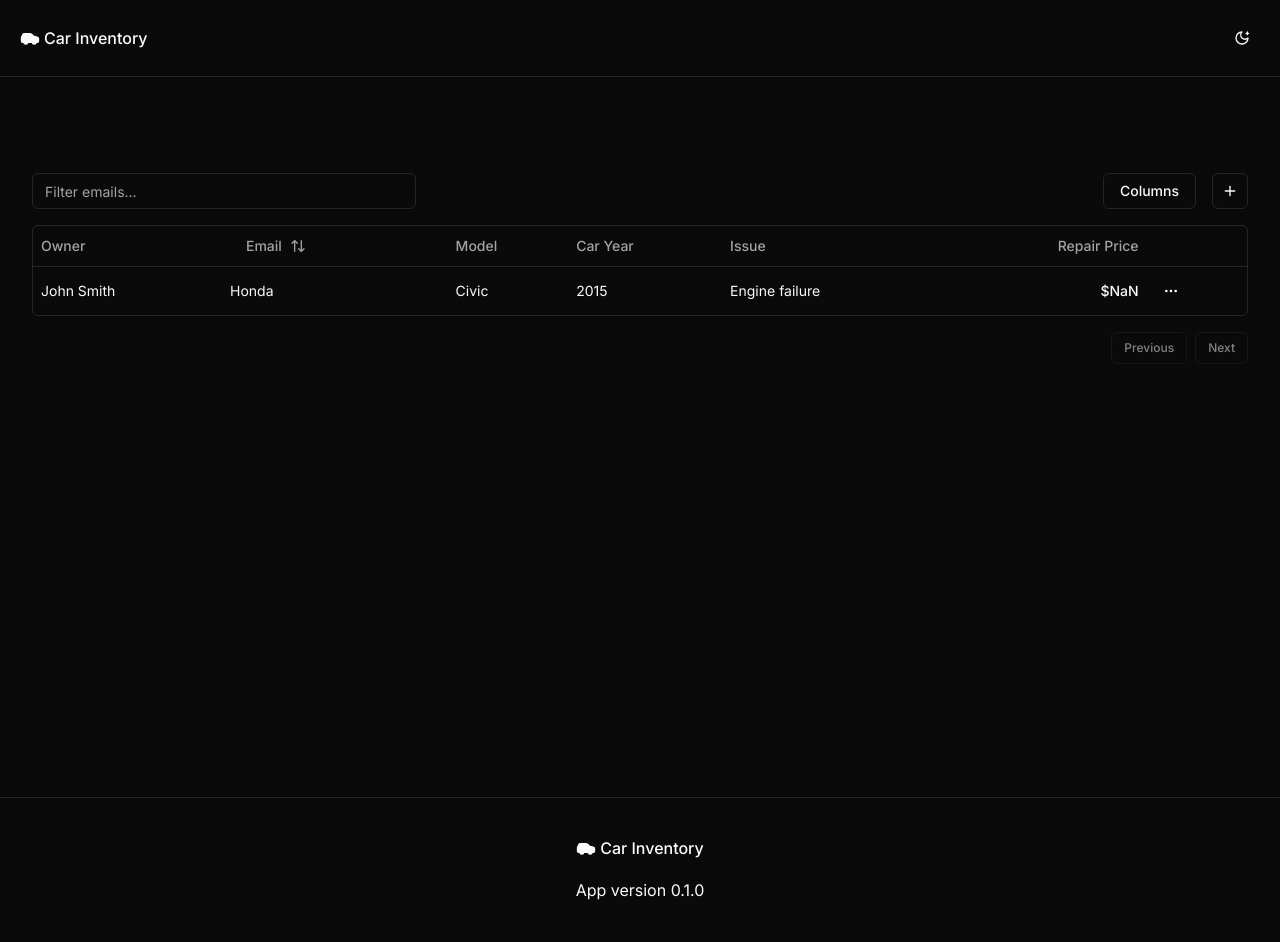
Repository: tushcmd/car-inventory
Page: / (app in frontend/)
An editor plug-in stored every save of this project. The page is shown before and after the next save, followed by the edit.
The browser window is 1280 px wide. The pictures show the whole page.
The project was rebuilt for these pictures with package versions that can differ from the ones it lists, and the page was loaded fresh each time. The framework's server and built-in components were replaced by stand-ins that run in the browser. Also part of the build but not shown: frontend/next.config.mjs.

Above is the page before, as saved 2024-05-12 08:34:52.

After the next save:
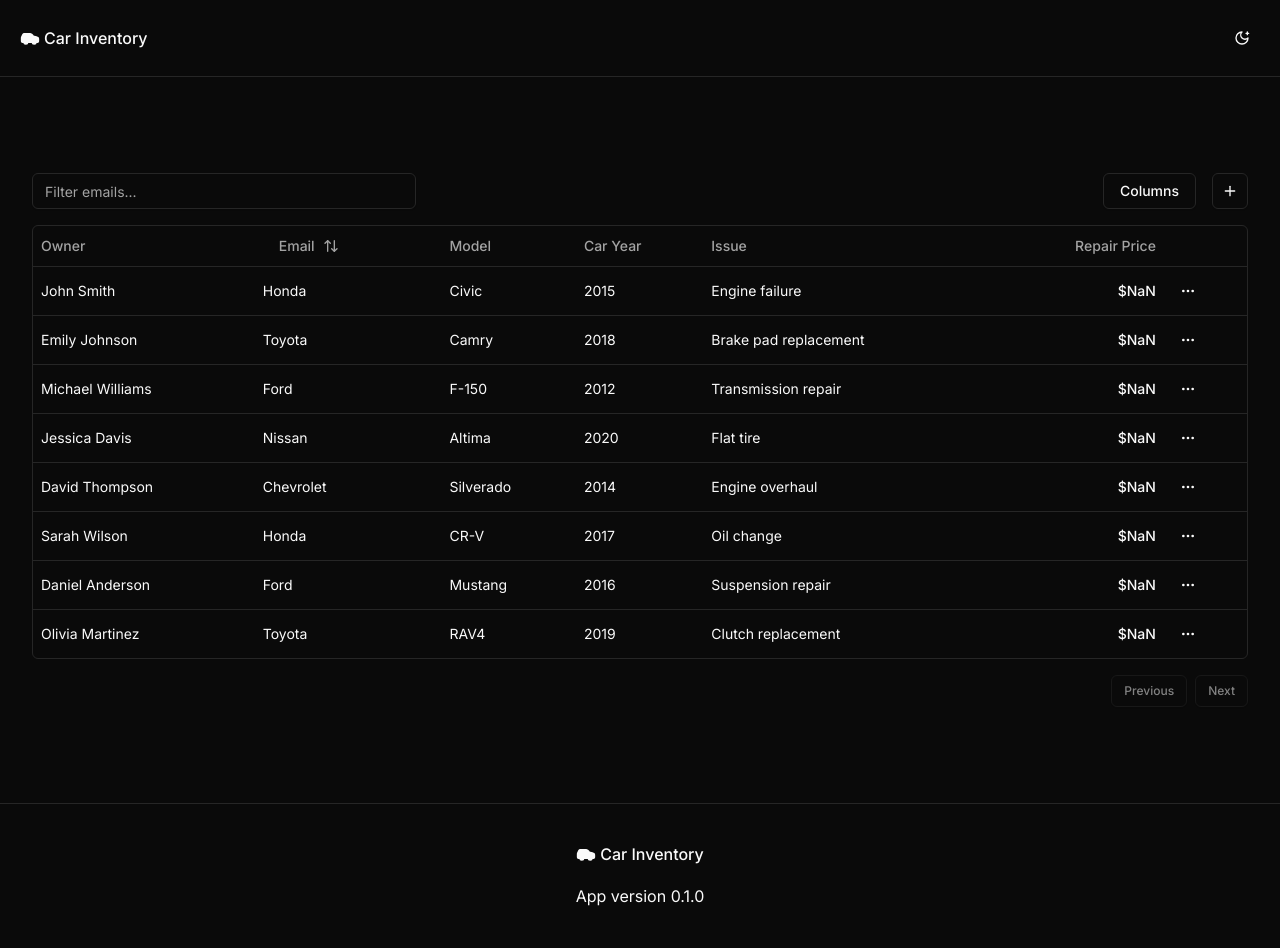
Saved 28 s later.
--- a/frontend/app/page.tsx
+++ b/frontend/app/page.tsx
@@ -12,7 +12,28 @@ async function getData(): Promise<Car[]> {
       carYear: 2015,
       issue: 'Engine failure',
       repairPrice: 1200,
-    }
+    },
+    {
+      ownerName: 'Emily Johnson',
+      make: 'Toyota',
+      model: 'Camry',
+      carYear: 2018,
+      issue: 'Brake pad replacement',
+      repairPrice: 450
+    },
+    {
+      ownerName: 'Michael Williams',
+      make: 'Ford',
+      model: 'F-150',
+      carYear: 2012,
+      issue: 'Transmission repair',
+      repairPrice: 800
+    },
+    { ownerName: 'Jessica Davis', make: 'Nissan', model: 'Altima', carYear: 2020, issue: 'Flat tire', repairPrice: 300 },
+    { ownerName: 'David Thompson', make: 'Chevrolet', model: 'Silverado', carYear: 2014, issue: 'Engine overhaul', repairPrice: 1500 },
+    { ownerName: 'Sarah Wilson', make: 'Honda', model: 'CR-V', carYear: 2017, issue: 'Oil change', repairPrice: 200 },
+    { ownerName: 'Daniel Anderson', make: 'Ford', model: 'Mustang', carYear: 2016, issue: 'Suspension repair', repairPrice: 950 },
+    { ownerName: 'Olivia Martinez', make: 'Toyota', model: 'RAV4', carYear: 2019, issue: 'Clutch replacement', repairPrice: 650 },
     // ...
   ]
 }
